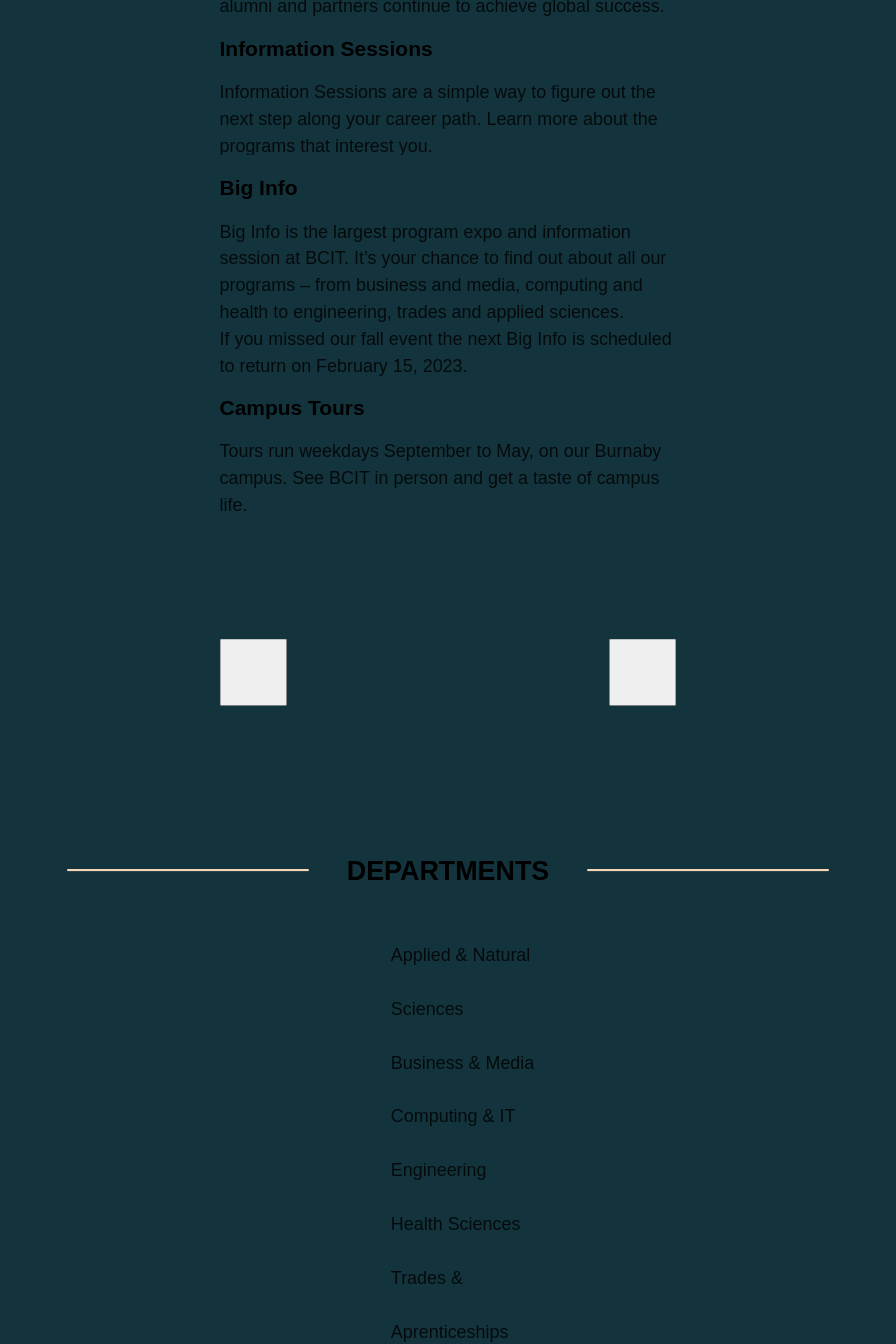
Repository: Kinakopan/playwright_bcit
Page: /about
These files come from the project's save history. The page is drawn as it stood at one moment and after the next save; the edit follows.
The browser window is 1280 px wide. The pictures show the part of the page from y = 688 to 2608 px (the page is 2725 px tall), at 70% of full size.
Some web fonts or font styles are not loaded; a fallback is used. The project was rebuilt for these pictures with package versions that can differ from the ones it lists, and the page was loaded fresh each time. The framework's server and built-in components were replaced by stand-ins that run in the browser. Also part of the build but not shown: next.config.js.

Above is the page before, as saved 2023-01-28 12:37:23.

### pages/_app.js
// import '@/styles/globals.css'
import '../styles/globals.css'
import '../styles/variables.css'
import Head from 'next/head'

export default function App({ Component, pageProps }) {
  return (
    <>
      <Head>
        <title>Example #1</title>
        <meta name="description" content="Generated by create next app" />
        <meta name="viewport" content="width=device-width, initial-scale=1" />
        <link href="https://fonts.googleapis.com/css2?family=Myriad+Pro:wght@100;400;700&display=swap" rel="stylesheet" />
        <link rel="icon" href="/favicon.ico" />
      </Head>
      <Component {...pageProps} />
    </>
  )
}

### styles/variables.css
:root {
  --primary-color: |#fff;
  --secondary-color: #F4D6B9;
  --ternary-color: #7796A4;
  --quaternary-color: #14343D;
  --quinary-color: rgba(16,46,53,0.5);
}

### styles/Home.module.css
@import '/styles/variables.css';

.main {
  display: flex;
  flex-direction: column;
  justify-content: space-between;
  align-items: center;
  padding: 6rem;
  min-height: 100vh;
}

.description {
  display: inherit;
  justify-content: inherit;
  align-items: inherit;
  font-size: 0.85rem;
  max-width: var(--max-width);
  width: 100%;
  z-index: 2;
  font-family: var(--font-mono);
}

.description a {
  display: flex;
  justify-content: center;
  align-items: center;
  gap: 0.5rem;
}

.description p {
  position: relative;
  margin: 0;
  padding: 1rem;
  background-color: rgba(var(--callout-rgb), 0.5);
  border: 1px solid rgba(var(--callout-border-rgb), 0.3);
  border-radius: var(--border-radius);
}

.code {
  font-weight: 700;
  font-family: var(--font-mono);
}

.grid {
  display: grid;
  grid-template-columns: repeat(4, minmax(25%, auto));
  width: var(--max-width);
  max-width: 100%;
}

.card {
  padding: 1rem 1.2rem;
  border-radius: var(--border-radius);
  background: rgba(var(--card-rgb), 0);
  border: 1px solid rgba(var(--card-border-rgb), 0);
  transition: background 200ms, border 200ms;
}

.card span {
  display: inline-block;
  transition: transform 200ms;
}

.card h2 {
  font-weight: 600;
  margin-bottom: 0.7rem;
}

.card p {
  margin: 0;
  opacity: 0.6;
  font-size: 0.9rem;
  line-height: 1.5;
  max-width: 30ch;
}

.center {
  display: flex;
  justify-content: center;
  align-items: center;
  position: relative;
  padding: 4rem 0;
}

.center::before {
  background: var(--secondary-glow);
  border-radius: 50%;
  width: 480px;
  height: 360px;
  margin-left: -400px;
}

.center::after {
  background: var(--primary-glow);
  width: 240px;
  height: 180px;
  z-index: -1;
}

.center::before,
.center::after {
  content: '';
  left: 50%;
  position: absolute;
  filter: blur(45px);
  transform: translateZ(0);
}

.logo,
.thirteen {
  position: relative;
}

.thirteen {
  display: flex;
  justify-content: center;
  align-items: center;
  width: 75px;
  height: 75px;
  padding: 25px 10px;
  margin-left: 16px;
  transform: translateZ(0);
  border-radius: var(--border-radius);
  overflow: hidden;
  box-shadow: 0px 2px 8px -1px #0000001a;
}

.thirteen::before,
.thirteen::after {
  content: '';
  position: absolute;
  z-index: -1;
}

/* Conic Gradient Animation */
.thirteen::before {
  animation: 6s rotate linear infinite;
  width: 200%;
  height: 200%;
  background: var(--tile-border);
}

/* Inner Square */
.thirteen::after {
  inset: 0;
  padding: 1px;
  border-radius: var(--border-radius);
  background: linear-gradient(
    to bottom right,
    rgba(var(--tile-start-rgb), 1),
    rgba(var(--tile-end-rgb), 1)
  );
  background-clip: content-box;
}

/* Enable hover only on non-touch devices */
@media (hover: hover) and (pointer: fine) {
  .card:hover {
    background: rgba(var(--card-rgb), 0.1);
    border: 1px solid rgba(var(--card-border-rgb), 0.15);
  }

  .card:hover span {
    transform: translateX(4px);
  }
}

@media (prefers-reduced-motion) {
  .thirteen::before {
    animation: none;
  }

  .card:hover span {
    transform: none;
  }
}

/* Mobile */
@media (max-width: 700px) {
  .content {
    padding: 4rem;
  }

  .grid {
    grid-template-columns: 1fr;
    margin-bottom: 120px;
    max-width: 320px;
    text-align: center;
  }

  .card {
    padding: 1rem 2.5rem;
  }

  .card h2 {
    margin-bottom: 0.5rem;
  }

  .center {
    padding: 8rem 0 6rem;
  }

  .center::before {
    transform: none;
    height: 300px;
  }

  .description {
    font-size: 0.8rem;
  }

  .description a {
    padding: 1rem;
  }

  .description p,
  .description div {
    display: flex;
    justify-content: center;
    position: fixed;
    width: 100%;
  }

  .description p {
    align-items: center;
    inset: 0 0 auto;
    padding: 2rem 1rem 1.4rem;
    border-radius: 0;
    border: none;
    border-bottom: 1px solid rgba(var(--callout-border-rgb), 0.25);
    background: linear-gradient(
      to bottom,
      rgba(var(--background-start-rgb), 1),
      rgba(var(--callout-rgb), 0.5)
    );
    background-clip: padding-box;
    backdrop-filter: blur(24px);
  }

  .description div {
    align-items: flex-end;
    pointer-events: none;
    inset: auto 0 0;
    padding: 2rem;
    height: 200px;
    background: linear-gradient(
      to bottom,
      transparent 0%,
      rgb(var(--background-end-rgb)) 40%
    );
    z-index: 1;
  }
}

/* Tablet and Smaller Desktop */
@media (min-width: 701px) and (max-width: 1120px) {
  .grid {
    grid-template-columns: repeat(2, 50%);
  }
}

@media (prefers-color-scheme: dark) {
  .vercelLogo {
    filter: invert(1);
  }

  .logo,
  .thirteen img {
    filter: invert(1) drop-shadow(0 0 0.3rem #ffffff70);
  }
}

@keyframes rotate {
  from {
    transform: rotate(360deg);
  }
  to {
    transform: rotate(0deg);
  }
}



/*****************************
******************************
            AUTHOR
******************************
*****************************/

/*============================
    From here - Common Style
============================*/
/* From here - components/navbar.js */
.nav {
  display: flex;
  flex-direction: row;
  justify-content: space-between;
  width: 100%;
  padding: 3% 8% 0 8%;
}

.burgar,
.hat {
  width: fit-content;
}

/* From here - components/arrow.js */
.arrowBox {
  flex: 1;
  display: flex;
  flex-direction: column;
  justify-content: space-between;
  align-items: flex-end;
  position: fixed;
  width: fit-content;
  height: 12%;
  right: 8%;
  bottom: 10%;
}

.arrowBox * {
  background: transparent;
  border: none;
}

/* From here - general */
.body_home,
.body_about,
.body_contact,
.wrapper {
  display: flex;
  flex-direction: column;
  width: 100vw;
}

.body_home,
.body_about,
.body_contact {
  /* font-size: 62.5%; */
  background-size: cover;
  background-position: center;
  background-repeat: no-repeat;
  line-height: 1.5;
  font-family: 'Myriad Pro', sans-serif;
  font-weight: 100;
  text-align: left;
}

.wrapper {
  font-size: 1.6rem;
  background-size: cover;
}

.main {
  display: flex;
  width: 100%;
}

/* .text_heading_h1 {

}

.text_heading_h2 {

} */
/*============================
    From here - Home Page
============================*/
.body_home {
  height: 100vh;
  overflow: hidden;
}

.body_home .main {
  flex-direction: row;
  justify-content: flex-start;
  align-items: flex-end;
  padding: 0 0 12% 21%;
}

.body_home .cont_main {
  display: flex;
  flex-direction: column;
  width: 48%;
}

.body_home .cont_main * {
  color: var(--primary-color);
}

.body_home .text_heading1 {
  font-family: 'Myriad Pro', sans-serif;
  /* font-size: 3.6rem; */
  font-size: 220%;
  line-height: 1.3;
  padding-bottom: 3%;
  margin-bottom: 3%;
  border-bottom: 4px solid;
  border-image: linear-gradient(to right, rgba(244,214,185,1) 0%, rgba(244,214,185,1) 69%, rgba(244,214,185,0) 69%, rgba(244,214,185,0) 100%) 1;
}

.body_home .text_body,
.body_home .box_btn * {
  opacity: .9;
}

.body_home .box_btn {
  display: flex;
  flex-direction: row;
}

.body_home .box_btn * {
  font-size: 1.4rem;
  background: transparent;
  padding: .3% 3%;
  border: 3px solid;
  border-color: var(--primary-color);
  border-radius: 10px;
  margin: 3% 2.5% 0 0;
}

.body_home .btn_about:hover {
  color: transparent;
  background: white;
}

/*============================
    From here - About Page
============================*/
.body_about {
  background: var(--quaternary-color);
}

/* .body_about .main {

} */

.body_about .text_heading1 {
  display: flex;
  align-items: center;
  width: 100%;
  padding: 5% 0;
}

.body_about .text_heading1:before,
.body_about .text_heading1:after {
  content: "";
  height: 3px;
  flex-grow: 1;
  background: var(--secondary-color);
}

.body_about .text_heading1:before {
  margin-right: 5%;
}

.body_about .text_heading1:after {
  margin-left: 5%;
}

.body_about .cont_section1,
.body_about .cont_section2 {
  display: flex;
  flex-direction: column;
  justify-content: flex-start;
  width: 60%;
}
.body_about .cont_section2 {
  width: 25%;
  padding-left: 5%;
}

.body_about .text_heading2,
.body_about .text_body {
  margin-bottom: 3%;
}

.body_about .text_heading2 {
  justify-content: flex-start;
}

.body_about .text_body,
.body_about .box_list *  {
  opacity: .8;
}

.body_about .box_list * {
  list-style: none;
  line-height: 3;
}

/* Carousel */
.box_carousel {
  width: 100%;
  display: flex;
  overflow-x: hidden;
  position: relative;
}

.image_carousel {
  display: flex;
  width: 100%;
  height: 400px;
  overflow: hidden;
}

.image_carousel .slide {
  flex-shrink: 0;
  width: 100%;
  height: 100%;
  background-size: cover;
  background-position: center;
  transition: transform 0.5s ease-in-out;
}

/* Hide all slides except the current one */
.image_carousel .slide:not(:first-of-type) {
  display: none;
}

/* "Previous" and "Next" buttons */
.prevBtn, .nextBtn {
  position: absolute;
  top: 50%;
  transform: translateY(-50%);
  font-size: 2rem;
  cursor: pointer;
  width: 6rem;
  height: 6rem;
}

.prevBtn {
  left: 0;
}

.nextBtn {
  right: 0;
}


/* Carousel */
/* @keyframes tonext {
  75% {
    left: 0;
  }
  95% {
    left: 100%;
  }
  98% {
    left: 100%;
  }
  99% {
    left: 0;
  }
}

@keyframes tostart {
  75% {
    left: 0;
  }
  95% {
    left: -300%;
  }
  98% {
    left: -300%;
  }
  99% {
    left: 0;
  }
}

@keyframes snap {
  96% {
    scroll-snap-align: center;
  }
  97% {
    scroll-snap-align: none;
  }
  99% {
    scroll-snap-align: none;
  }
  100% {
    scroll-snap-align: center;
  }
}

.main {
  max-width: 37.5rem;
  margin: 0 auto;
  padding: 0 1.25rem;
  font-family: 'Lato', sans-serif;
}

.main * {
  box-sizing: border-box;
  scrollbar-color: transparent transparent;
  scrollbar-width: 0px;
}

.main *::-webkit-scrollbar {
  width: 0;
}

.main *::-webkit-scrollbar-track {
  background: transparent;
}

.main *::-webkit-scrollbar-thumb {
  background: transparent;
  border: none;
}

.main * {
  -ms-overflow-style: none;
}


.carousel__viewport,
.carousel__navigation_list,
.carousel__slide,
.carousel__navigation_item {
  list-style: none;
  margin: 0;
  padding: 0;
}

.carousel {
  position: relative;
  padding-top: 75%;
  filter: drop-shadow(0 0 10px #0003);
  perspective: 100px;
}

.carousel__viewport {
  position: absolute;
  top: 0;
  right: 0;
  bottom: 0;
  left: 0;
  display: flex;
  overflow-x: scroll;
  counter-reset: item;
  scroll-behavior: smooth;
  scroll-snap-type: x mandatory;
}

.carousel__slide {
  position: relative;
  flex: 0 0 100%;
  width: 100%;
  background-color: #f99;
  counter-increment: item;
}

.carousel__slide:nth-child(even) {
  background-color: #99f;
}

.carousel__slide:before {
  content: counter(item);
  position: absolute;
  top: 50%;
  left: 50%;
  transform: translate3d(-50%,-40%,70px);
  color: #fff;
  font-size: 2em;
}

.carousel__snapper {
  position: absolute;
  top: 0;
  left: 0;
  width: 100%;
  height: 100%;
  scroll-snap-align: center;
}

@media (hover: hover) {
  .carousel__snapper {
    animation-name: tonext, snap;
    animation-timing-function: ease;
    animation-duration: 4s;
    animation-iteration-count: infinite;
  }

  .carousel__slide:last-child .carousel__snapper {
    animation-name: tostart, snap;
  }
}

@media (prefers-reduced-motion: reduce) {
  .carousel__snapper {
    animation-name: none;
  }
}

.carousel:hover .carousel__snapper,
.carousel:focus-within .carousel__snapper {
  animation-name: none;
}

.carousel__navigation {
  position: absolute;
  right: 0;
  bottom: 0;
  left: 0;
  text-align: center;
}

.carousel__navigation_list,
.carousel__navigation_item {
  display: inline-block;
}

.carousel__navigation-button {
  display: inline-block;
  width: 1.5rem;
  height: 1.5rem;
  background-color: #333;
  background-clip: content-box;
  border: 0.25rem solid transparent;
  border-radius: 50%;
  font-size: 0;
  transition: transform 0.1s;
}

.carousel::before,
.carousel::after,
.carousel__prev,
.carousel__next {
  position: absolute;
  top: 0;
  margin-top: 37.5%;
  width: 4rem;
  height: 4rem;
  transform: translateY(-50%);
  border-radius: 50%;
  font-size: 0;
  outline: 0;
}

.carousel::before,
.carousel__prev {
  left: -1rem;
}

.carousel::after,
.carousel__next {
  right: -1rem;
}

.carousel::before,
.carousel::after {
  content: '';
  z-index: 1;
  background-color: #333;
  background-size: 1.5rem 1.5rem;
  background-repeat: no-repeat;
  background-position: center center;
  color: #fff;
  font-size: 2.5rem;
  line-height: 4rem;
  text-align: center;
  pointer-events: none;
}

.carousel::before {
  background-image: url("data:[embedded picture, 149 characters]");
}

.carousel::after {
  background-image: url("data:[embedded picture, 151 characters]");
} */


/*============================
    From here - Contact Page
============================*/

### components/arrow.js
import Image from 'next/image';
import styles from '@/styles/Home.module.css';

export default function Arrow() {
  return (
    <div className={styles.arrowBox}>
      <button
        className={styles.arrowDown}
        onClick={() => setUpArrowClicked(true)}
      >
        <Image
          src='/icons/upwardArrow.png'
          alt="Upward arrow icon"
          width={50}
          height={50}
        />
      </button>

      <button
        className={styles.arrowDown}
        onClick={() => setDownArrowClicked(true)}
      >
        <Image
          src='/icons/downwardArrow.png'
          alt="Downward arrow icon"
          width={50}
          height={50}
        />
      </button>
    </div>
  )
}

### components/navbar.js
import Image from 'next/image';
import styles from '@/styles/Home.module.css';

export default function Navbar() {
  return (
    <nav className={styles.nav}>
      <Image
        className={styles.burgar}
        src='/icons/menu-icon.png'
        alt="menu icon"
        width={50}
        height={50}
      />
      <Image
        className={styles.hat}
        src='/icons/graduation-hat.png'
        alt="Graduation hat icon"
        width={50}
        height={50}
      />
    </nav>
  )
}

### components/carousel.js
import React, { useState } from 'react'
import styles from "@/styles/Home.module.css";

const MyCarousel = () => {
  const [currentSlide, setCurrentSlide] = useState(0)
  const images = [
      '/carousel-images/0.jpg',
      '/carousel-images/1.jpg',
      '/carousel-images/2.jpg',
      '/carousel-images/3.jpg',
      '/carousel-images/4.jpg',
      '/carousel-images/5.jpg'
  ]

  return (
    <div className={styles.box_carousel}>
      <div className={styles.image_carousel}>
        {images.map((image, index) => (
          <div
            key={index}
            className={`slide ${currentSlide === index ? 'active' : ''}`}
            style={{
              backgroundImage: `url(${image})`,
              backgroundSize: "cover",
            }}
          />
        ))}
        <button
          className={styles.prevBtn}
          onClick={() => setCurrentSlide(currentSlide - 1)}>
            <i className={[styles.fas, styles.fa_chevron_right]}></i>
        </button>
        <button
          className={styles.nextBtn}
          onClick={() => setCurrentSlide(currentSlide + 1)}>
            <i className={[styles.fas, styles.fa_chevron_right]}></i>
        </button>
      </div>
    </div>
  )
}

export default MyCarousel

Loaded but not shown: pages/_document.js (common file); styles/globals.css (common file); pages/about.js (188 lines, source omitted)

After the next save:
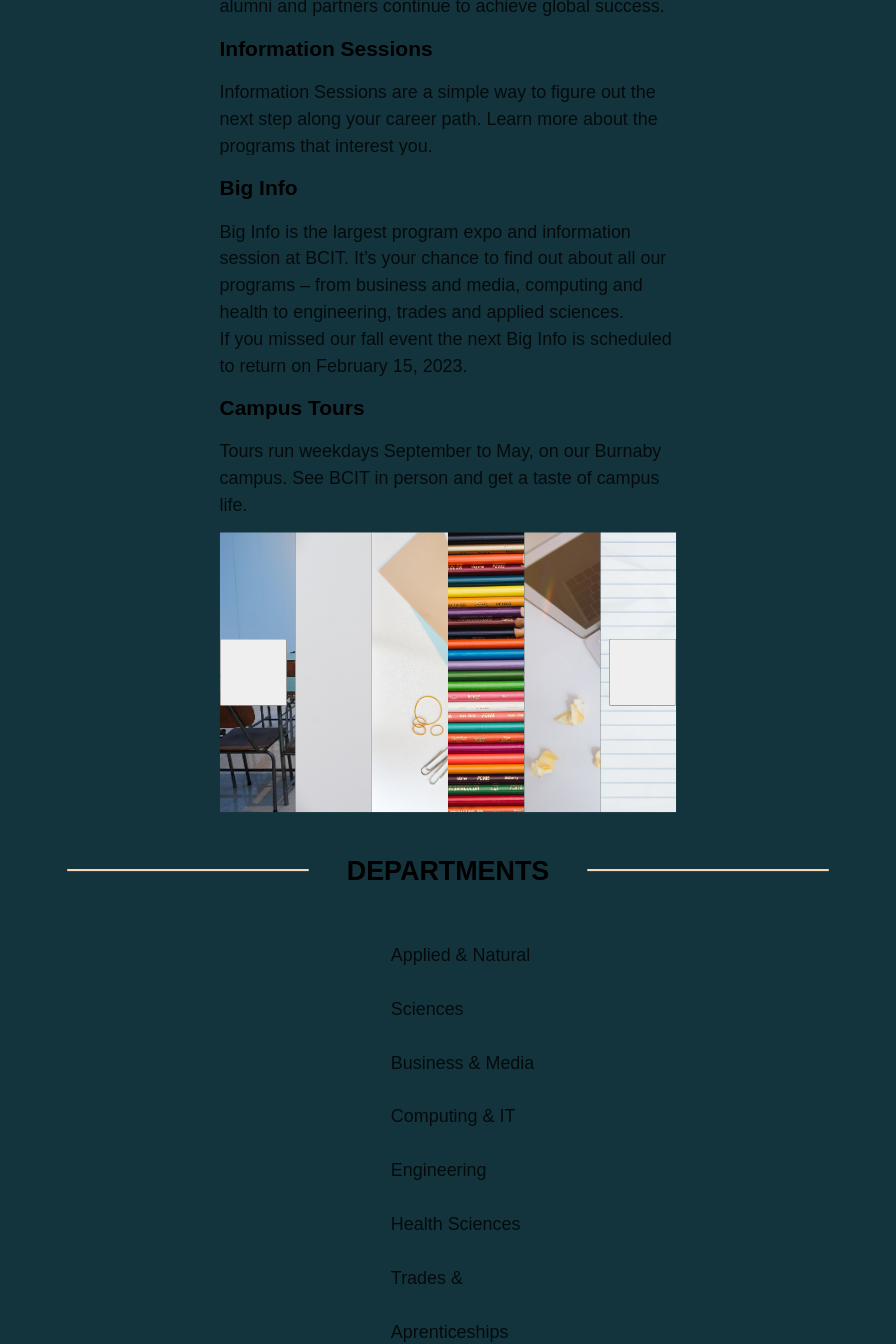
Saved 10 s later.
--- a/components/carousel.js
+++ b/components/carousel.js
@@ -22,6 +22,7 @@
             style={{
               backgroundImage: `url(${image})`,
               backgroundSize: "cover",
+              width: "100%",
             }}
           />
         ))}
